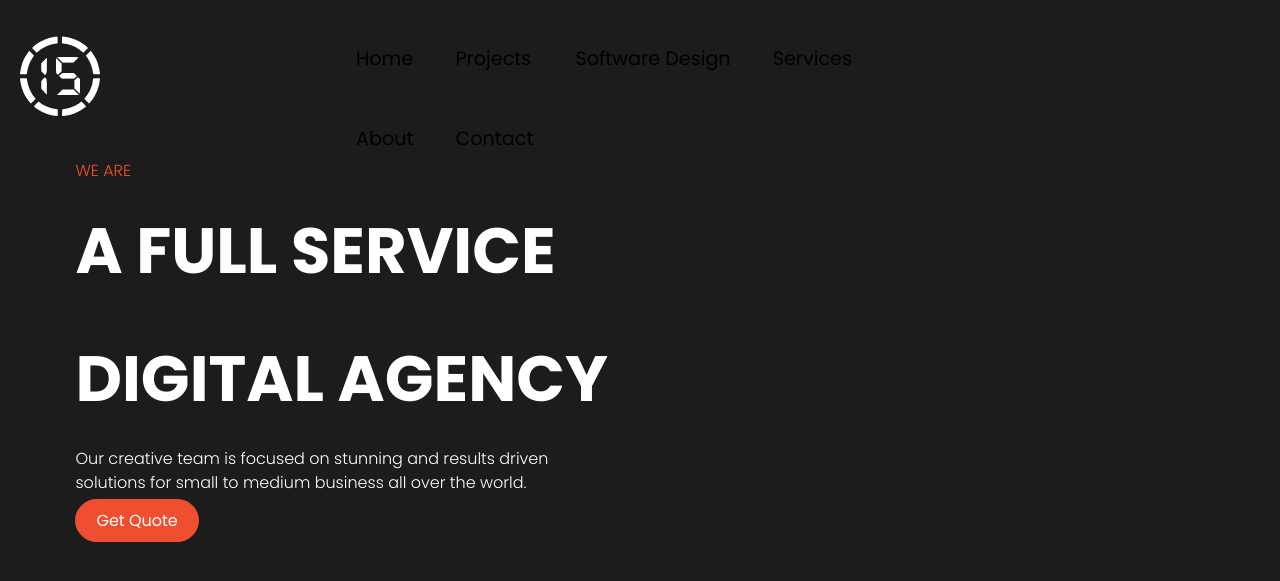
Repository: gopalpurohit54/one5
Page: /
An editor plug-in stored every save of this project. The page is shown before and after the next save, followed by the edit.
The browser window is 1280 px wide. The pictures show the whole page.
The project was rebuilt for these pictures with package versions that can differ from the ones it lists, and the page was loaded fresh each time.

Above is the page before, as saved 2021-06-11 15:03:41.

### src/index.css
@import url('https://fonts.googleapis.com/css2?family=Poppins:ital,wght@0,100;0,200;0,300;0,400;0,500;0,600;0,700;0,800;0,900;1,100;1,200;1,300;1,400;1,500;1,600;1,700;1,800;1,900&display=swap');

* {
  margin: 0;
  padding: 0;
  outline: none;
  font-family: 'Poppins', sans-serif;
  -webkit-font-smoothing: antialiased;
  -moz-osx-font-smoothing: grayscale;
}

code {
  font-family: source-code-pro, Menlo, Monaco, Consolas, 'Courier New',
    monospace;
}

### src/components/App.js
import React from 'react';
import Navbar from '../components/Navbar';
import { BrowserRouter as Router, Switch, Route } from 'react-router-dom';
import './App.css';
import Home from '../components/Pages/Home';

function App() {
  return (
    <>
    <Router>
      <Navbar />
      <Switch>
        <Route path='/' exact component= {Home} />
      </Switch>
    </Router>
    </>
  );
}



export default App

### src/components/navbar.js
import React, { useState } from 'react';
import { Link } from 'react-router-dom';
import './Navbar.css';

function Navbar() {

    const [click, setClick] = useState(false);

    const handleClick = () => setClick(!click);
    const closeMobileMenu = () => setClick(false);

    return (
        <>
            <nav className="navbar">
                <div className="navbar-container">
                    <Link to="/" className="navbar-logo" onClick= {closeMobileMenu}>
                        <img src="/logo-white.png" alt="" />
                    </Link>
                </div>
                <div className="menu-icon" onClick= {handleClick}>
                    <i className= { click ? 'fas fa-times' : 'fas fa-bars'} />
                </div>
                <ul className= { click ? 'nav-menu active' : 'nav-menu'}>
                    <li className= 'nav-item'>
                        <Link to= '/home' className='nav-links' onClick= {closeMobileMenu}>
                            Home
                        </Link>
                    </li>
                    <li className= 'nav-item'>
                        <Link to= '/projects' className='nav-links' onClick= {closeMobileMenu}>
                            Projects
                        </Link>
                    </li>
                    <li className= 'nav-item'>
                        <Link to= '/software-design' className='nav-links' onClick= {closeMobileMenu}>
                            Software Design
                        </Link>
                    </li>
                    <li className= 'nav-item'>
                        <Link to= '/services' className='nav-links' onClick= {closeMobileMenu}>
                            Services
                        </Link>
                    </li>
                    <li className= 'nav-item'>
                        <Link to= '/about' className='nav-links' onClick= {closeMobileMenu}>
                            About
                        </Link>
                    </li>
                    <li className= 'nav-item'>
                        <Link to= '/contact' className='nav-links' onClick= {closeMobileMenu}>
                            Contact
                        </Link>
                    </li>
                </ul>
            </nav>
        </>
    )
}

export default Navbar

### src/components/App.css

* {
    box-sizing: border-box;
    margin: 0;
    padding: 0;
    font-family: 'Poppins', sans-serif;
    background: #1c1c1c;
  }

### src/components/Pages/Home.js
import React from 'react';
import '../App.css';
import  HeroSection from '../HeroSection';

function Home() {
    return (
        <>
            <HeroSection />
        </>
    )
}

export default Home

### src/components/navbar.css
:root {
    --primary: #F04E31;
}

.navbar {
    background: transparent;
    height: 80px;
    display: flex;
    justify-content: flex-start;
    font-size: 1.2rem;
    position: sticky;
    top: 5%;
    z-index: 999;
}

.navbar-container {
    display: flex;
    justify-content: left;
    align-items: left;
    height: 80px;
    /* max-width: 1500px; */
}

.navbar-logo {
    justify-self: start;
    margin-left: 20px;
    cursor: pointer;
    display: flex;
    align-items: center;
}

.nav-menu {
    display: grid;
    grid-template-columns: repeat(4, auto);
    grid-gap: 10px;
    list-style: none;
    text-align: left;
    width: 60vw;
    justify-content: end;
    margin-right: 2rem;
}

.nav-item {
    height: 70px;
  }

  .nav-links {
    color: #000;
    display: flex;
    align-items: left;
    text-decoration: none;
    padding: 0.5rem 1rem;
    height: 100%;
  }

  .nav-links:hover {
    color: var(--primary);
    transition: all 0.2s ease-out;
  }

  .fa-bars {
    color: #fff;
  }

  .fa-bars:hover {
    color: #F04E31;
  }

  .nav-links-mobile {
    display: none;
  }

  .menu-icon {
    display: none;
  }

  @media screen and (max-width: 960px) {
    .NavbarItems {
      position: relative;
    }

    .nav-menu {
      display: flex;
      flex-direction: column;
      width: 100%;
      height: 90vh;
      position: absolute;
      top: 77px;
      left: -100%;
      opacity: 1;
      transition: all 0.5s ease;
    }

    .nav-menu.active {
      background: #fff;
      left: 0;
      opacity: 1;
      transition: all 0.5s ease;
      z-index: 1;
    }

    .nav-links {
      text-align: left;
      padding: 2rem;
      width: 100%;
      display: table;
    }

    .nav-links:hover {
      background-color: #fff;
      color: var(--primary);
      border-radius: 0;
    }

    .navbar-logo {
      position: absolute;
      top: 0;
      left: 0;
      transform: translate(25%, 50%);
    }

    .menu-icon {
      display: block;
      position: absolute;
      top: 0;
      right: 0;
      transform: translate(-100%, 60%);
      font-size: 1.8rem;
      cursor: pointer;
    }

    .fa-times {
      color: #000;
      font-size: 2rem;
    }

    .fa-times:hover {
      color: #F04E31;
    }
    .nav-links-mobile {
      display: block;
      text-align: left;
      margin: 2rem auto;
      border-radius: 4px;
      width: 80%;
      text-decoration: none;
      font-size: 1.5rem;
      background-color: transparent;
      color: #000;
      padding: 14px 20px;
      border: none;
      transition: all 0.3s ease-out;
    }

    .nav-links-mobile:hover {
      background: #fff;
      color: var(--primary);
      transition: 250ms;
    }
  }

### src/components/HeroSection.js
import React, { useState, useEffect } from 'react';
import './App.css';
import { Button } from './Button';
// import anim from '../src/assets/red-blob-hq.gif';
import styled from 'styled-components';
import { motion } from 'framer-motion';

function HeroSection() {

    const Section = styled.section `
        height: 75vh;
        display: flex;
        flex-direction: column;
        justify-content: center;
        align-items: center;
        background: #1c1c1c;
    `;

    const Container = styled.div `
        display: grid;
        grid-template-columns: 1fr 1fr;
        height: 100vh;
        padding: 3rem calc((100vw - 1300px) /2 );

        @media screen and (max-width: 768px){
            grid-grid-template-columns: 1fr;
        }
    `;

    const ColumnLeft = styled.div `
        display: flex;
        color: #fff;
        flex-direction: column;
        justify-content: center;
        align-items: flex-start;
        padding: 5rem 2rem;

        h1 {
            margin-bottom: 0.25rem;
            font-size: 4rem;
            line-height: 2;
        }

        p {
            margin-bottom: 0.25rem;
            font-size: 1rem;
            line-height: 1.5;
            font-style: normal;
            font-weight: 300;
        }

    `;
    const ColumnRight = styled.div ``

    // eslint-disable-next-line no-unused-vars
    const [button, setButton] = useState(true);

    const showButton = () => {
        if(window.innerWidth <= 960) {
            setButton(false);
        } else {
            setButton(true);
        }
    };

    useEffect ( ( ) => {
        showButton();
    }, []);

    window.addEventListener('resize', showButton);

    return (
        <Section className = 'hero-section'>
            <Container className = 'hero-container'>
                <ColumnLeft className = 'col-left'>
                    <p className = 'hero-shortdesc' style={{ color: '#F04E31' }}>WE ARE</p>
                    <h1>A FULL SERVICE <br/>
                    DIGITAL AGENCY</h1>
                    <p className = 'hero-desc'>Our creative team is focused on stunning and results driven <br/>
                    solutions for small to medium business all over the world.</p>
                    <div className='hero-btn'>
                    <Button className='btn' buttonStyle='btn--primary'>Get Quote</Button>
                    </div>
                </ColumnLeft>
                {/* <ColumnRight className = 'col-right'>
                    <img src= { anim } style= {{ display: 'block', margin: 'auto' }} alt= "Loading..." />
                </ColumnRight> */}
            </Container>
        </Section>
    )
}

export default HeroSection

### src/components/Button.js
import React from 'react';
import './Button.css';
import { Link } from 'react-router-dom';

const STYLES = ['btn--primary', 'btn--outline', 'btn--test'];

const SIZES = ['btn--medium', 'btn--large'];

export const Button = ({
  children,
  type,
  onClick,
  buttonStyle,
  buttonSize
}) => {
  const checkButtonStyle = STYLES.includes(buttonStyle)
    ? buttonStyle
    : STYLES[0];

  const checkButtonSize = SIZES.includes(buttonSize) ? buttonSize : SIZES[0];

  return (
    <Link to='/sign-up' className='btn-mobile'>
      <button
        className={`btn ${checkButtonStyle} ${checkButtonSize}`}
        onClick={onClick}
        type={type}
      >
        {children}
      </button>
    </Link>
  );
};

### src/components/Button.css
:root {
    --primary: #F04E31;
}

.btn {
    padding: 8px 20px;
    border-radius: 30px;
    outline: none;
    border: none;
    cursor: pointer;
}

.btn--primary {
    background-color: var(--primary);
    color: #fff;
    border: 1px solid var(--primary);
}

.btn--outline {
    background-color: transparent;
    color: #F04E31;
    padding: 8px 20px;
    border: 1px solid var(--primary);
    transition: all 0.3s ease-out;
}

.btn--medium {
    padding: 8px 20px;
    font-size: 16px;
}

.btn--large {
    padding: 12px 26px;
    font-size: 16px;
}

.btn--medium:hover, .btn--large:hover {
    background: transparent;
    color: #F04E31;
    transition: all 0.3s ease-out;
}

Loaded but not shown: public/index.html (common file); src/index.js (common file); src/reportWebVitals.js (common file)

After the next save:
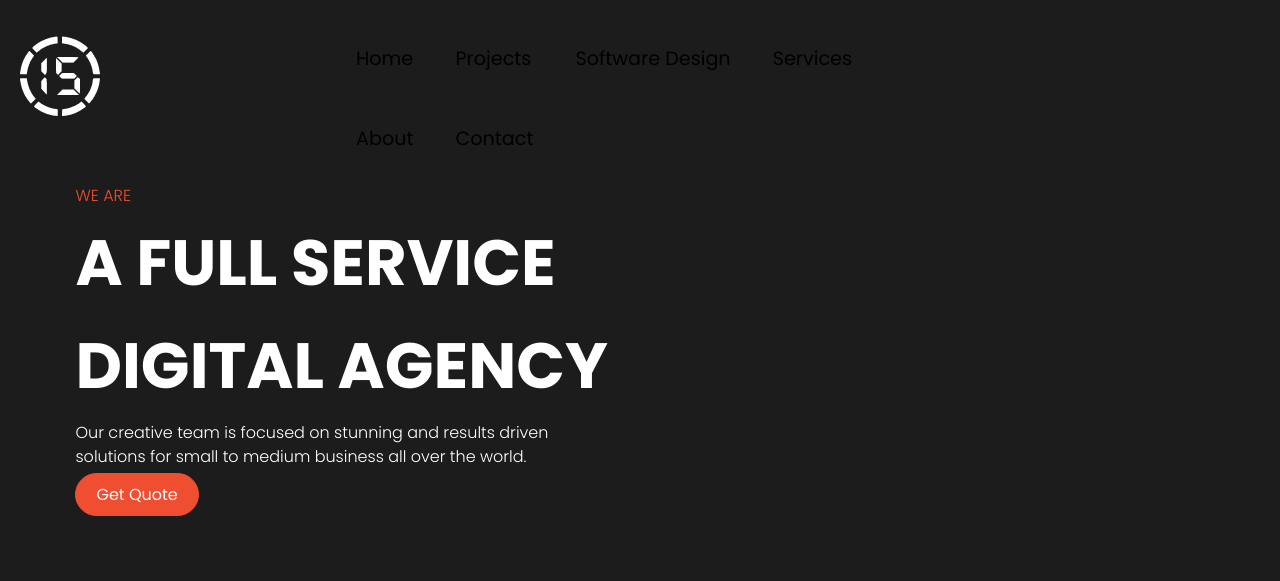
Saved 11 s later.
--- a/src/components/HeroSection.js
+++ b/src/components/HeroSection.js
@@ -38,7 +38,7 @@ function HeroSection() {
         h1 {
             margin-bottom: 0.25rem;
             font-size: 4rem;
-            line-height: 2;
+            line-height: 1.6;
         }
 
         p {
